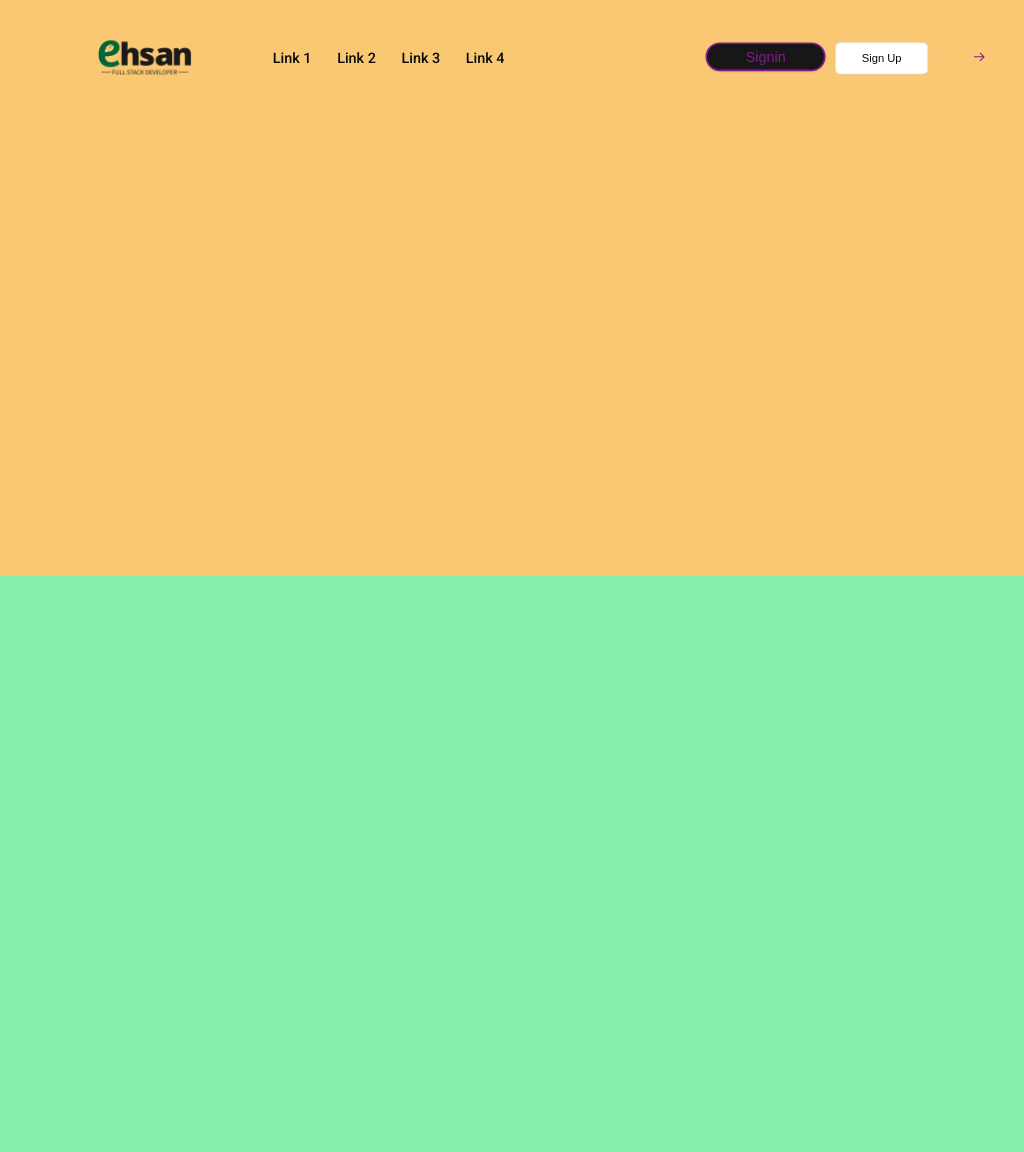
Repository: FrontendProjectsNL/mijn-portfolio-project
Page: /exercise
The author's editor kept a copy of each file at every save. The page is drawn from the files as they stood at one save, then again after the next save.
The browser window is 1280 px wide. The pictures show the whole page, at 80% of full size.
The project was rebuilt for these pictures with package versions that can differ from the ones it lists, and the page was loaded fresh each time. The framework's server and built-in components were replaced by stand-ins that run in the browser. Also part of the build but not shown: next.config.mjs.

Above is the page before, as saved 2024-10-25 12:59:32.

### app/layout.tsx
import type { Metadata } from 'next';
import localFont from 'next/font/local';

import { Roboto, Fira_Code, HelveticaNowDisplay } from 'next/font/google';

import './globals.css';

const geistSans = localFont({
  src: './fonts/GeistVF.woff',
  variable: '--font-geist-sans',
  weight: '100 900',
});
const geistMono = localFont({
  src: './fonts/GeistMonoVF.woff',
  variable: '--font-geist-mono',
  weight: '100 900',
});

const roboto = Roboto({
  subsets: ['latin'],
  weight: ['300', '400', '500', '700'],
  variable: '--font-roboto',
});

const firaCode = Fira_Code({
  subsets: ['latin'],
  weight: ['300', '400', '500', '700'],
  variable: '--font-fira-code',
});

export const metadata: Metadata = {
  title: 'Create Next App',
  description: 'Generated by create next app',
};

export default function RootLayout({
  children,
}: Readonly<{
  children: React.ReactNode;
}>) {
  return (
    <html lang="en">
      <body
        className={`${roboto.variable} ${firaCode.variable} ${geistSans.variable} ${geistMono.variable} antialiased`}
      >
        {children}
      </body>
    </html>
  );
}

### app/exercise/page.tsx
'use client';

import Image from 'next/image';
import Link from 'next/link';
import { useEffect, useState } from 'react';
import logo from '/public/EhsanLogo-transparent.png';
import { Button } from '@/components/ui/button';

interface PageProps {}

const Page: React.FC<PageProps> = () => {
  const [isShrunk, setIsShrunk] = useState<boolean>(false);

  useEffect(() => {
    const handleScroll = () => {
      if (window.scrollY > 70) {
        setIsShrunk(true);
      } else {
        setIsShrunk(false);
      }
    };

    window.addEventListener('scroll', handleScroll);

    return () => {
      window.removeEventListener('scroll', handleScroll);
    };
  }, []);

  return (
    // <div className="max-w-8xl w-full font-roboto mx-auto">
    <div className="">
      <nav
        className={`px-14 fixed transition-all duration-300 ease-linear bg-[#FAC872] flex justify-between items-center ${
          isShrunk
            ? 'h-[75px] w-[60%] rounded-3xl mx-auto top-5'
            : 'h-[90px] w-[90%] opacity-100 top-7'
        }`}
        style={{
          left: '50%',
          transform: 'translateX(-50%)', // Center horizontally
        }}
      >
        <div className="flex items-center ">
          <Link href={'/'} className="font-medium text-lg mr-20">
            <Image src={logo} width={125} height={50} />
          </Link>
          <ul className="flex">
            <li>
              <Link
                href=""
                className="px-4 py-2 cursor text-lg font-medium font-roboto"
              >
                Link 1
              </Link>
            </li>
            <li>
              <Link
                href=""
                className="px-4 py-2 cursor text-lg font-medium font-roboto"
              >
                Link 2
              </Link>
            </li>
            <li>
              <Link
                href=""
                className="px-4 py-2 cursor text-lg font-medium font-roboto"
              >
                Link 3
              </Link>
            </li>
            <li>
              <Link
                href=""
                className="px-4 py-2 cursor text-lg font-medium font-roboto"
              >
                Link 4
              </Link>
            </li>
          </ul>
        </div>
        <div className="flex gap-3">
          <Button className="group relativ  inline-flex items-center overflow-hidden rounded-full border-2 border-fuchsia-800 px-12 py-3 text-lg font-medium text-fuchsia-800 hover:bg-gray-50 hover:text-white">
            <span className="duration-400 ease absolute left-0 top-1/2 block h-0 w-full bg-fuchsia-800 opacity-100 transition-all group-hover:top-0 group-hover:h-full"></span>
            <span className="ease absolute right-0 flex h-10 w-10 translate-x-full transform items-center justify-start duration-500 group-hover:-translate-x-2">
              <svg
                className="h-5 w-5"
                fill="none"
                stroke="currentColor"
                viewBox="0 0 24 24"
                xmlns="http://www.w3.org/2000/svg"
              >
                <path
                  stroke-linecap="round"
                  stroke-linejoin="round"
                  stroke-width="2"
                  d="M14 5l7 7m0 0l-7 7m7-7H3"
                ></path>
              </svg>
            </span>
            <span className="relative transform duration-700 group-hover:-translate-x-3">
              Signin
            </span>
          </Button>

          <Button size={'lg'} variant={'outline'}>
            Sign Up
          </Button>
        </div>
      </nav>

      <section className="w-full h-screen bg-[#FAC872]"></section>
      <section className="w-full h-screen bg-green-300"></section>
    </div>
  );
};

export default Page;

### app/globals.css
@tailwind base;
@tailwind components;
@tailwind utilities;

body {
  font-family: Arial, Helvetica, sans-serif;
}

@layer utilities {
  .text-balance {
    text-wrap: balance;
  }
}

@layer base {
  :root {
    --background: 0 0% 100%;
    --foreground: 0 0% 3.9%;
    --card: 0 0% 100%;
    --card-foreground: 0 0% 3.9%;
    --popover: 0 0% 100%;
    --popover-foreground: 0 0% 3.9%;
    --primary: 0 0% 9%;
    --primary-foreground: 0 0% 98%;
    --secondary: 0 0% 96.1%;
    --secondary-foreground: 0 0% 9%;
    --muted: 0 0% 96.1%;
    --muted-foreground: 0 0% 45.1%;
    --accent: 0 0% 96.1%;
    --accent-foreground: 0 0% 9%;
    --destructive: 0 84.2% 60.2%;
    --destructive-foreground: 0 0% 98%;
    --border: 0 0% 89.8%;
    --input: 0 0% 89.8%;
    --ring: 0 0% 3.9%;
    --chart-1: 12 76% 61%;
    --chart-2: 173 58% 39%;
    --chart-3: 197 37% 24%;
    --chart-4: 43 74% 66%;
    --chart-5: 27 87% 67%;
    --radius: 0.5rem;
  }
  .dark {
    --background: 0 0% 3.9%;
    --foreground: 0 0% 98%;
    --card: 0 0% 3.9%;
    --card-foreground: 0 0% 98%;
    --popover: 0 0% 3.9%;
    --popover-foreground: 0 0% 98%;
    --primary: 0 0% 98%;
    --primary-foreground: 0 0% 9%;
    --secondary: 0 0% 14.9%;
    --secondary-foreground: 0 0% 98%;
    --muted: 0 0% 14.9%;
    --muted-foreground: 0 0% 63.9%;
    --accent: 0 0% 14.9%;
    --accent-foreground: 0 0% 98%;
    --destructive: 0 62.8% 30.6%;
    --destructive-foreground: 0 0% 98%;
    --border: 0 0% 14.9%;
    --input: 0 0% 14.9%;
    --ring: 0 0% 83.1%;
    --chart-1: 220 70% 50%;
    --chart-2: 160 60% 45%;
    --chart-3: 30 80% 55%;
    --chart-4: 280 65% 60%;
    --chart-5: 340 75% 55%;
  }
}

@layer base {
  * {
    @apply border-border;
  }
  body {
    @apply bg-background text-foreground;
  }
}

@keyframes fill-up {
  0% {
    background-position: 0 100%;
  }
  100% {
    background-position: 0 0;
  }
}

### components/ui/button.tsx
import * as React from "react"
import { Slot } from "@radix-ui/react-slot"
import { cva, type VariantProps } from "class-variance-authority"

import { cn } from "@/lib/utils"

const buttonVariants = cva(
  "inline-flex items-center justify-center gap-2 whitespace-nowrap rounded-md text-sm font-medium transition-colors focus-visible:outline-none focus-visible:ring-1 focus-visible:ring-ring disabled:pointer-events-none disabled:opacity-50 [&_svg]:pointer-events-none [&_svg]:size-4 [&_svg]:shrink-0",
  {
    variants: {
      variant: {
        default:
          "bg-primary text-primary-foreground shadow hover:bg-primary/90",
        destructive:
          "bg-destructive text-destructive-foreground shadow-sm hover:bg-destructive/90",
        outline:
          "border border-input bg-background shadow-sm hover:bg-accent hover:text-accent-foreground",
        secondary:
          "bg-secondary text-secondary-foreground shadow-sm hover:bg-secondary/80",
        ghost: "hover:bg-accent hover:text-accent-foreground",
        link: "text-primary underline-offset-4 hover:underline",
      },
      size: {
        default: "h-9 px-4 py-2",
        sm: "h-8 rounded-md px-3 text-xs",
        lg: "h-10 rounded-md px-8",
        icon: "h-9 w-9",
      },
    },
    defaultVariants: {
      variant: "default",
      size: "default",
    },
  }
)

export interface ButtonProps
  extends React.ButtonHTMLAttributes<HTMLButtonElement>,
    VariantProps<typeof buttonVariants> {
  asChild?: boolean
}

const Button = React.forwardRef<HTMLButtonElement, ButtonProps>(
  ({ className, variant, size, asChild = false, ...props }, ref) => {
    const Comp = asChild ? Slot : "button"
    return (
      <Comp
        className={cn(buttonVariants({ variant, size, className }))}
        ref={ref}
        {...props}
      />
    )
  }
)
Button.displayName = "Button"

export { Button, buttonVariants }

### tailwind.config.ts
import { Roboto } from 'next/font/google';
import type { Config } from 'tailwindcss';

const config: Config = {
  darkMode: ['class'],
  content: [
    './pages/**/*.{js,ts,jsx,tsx,mdx}',
    './components/**/*.{js,ts,jsx,tsx,mdx}',
    './app/**/*.{js,ts,jsx,tsx,mdx}',
  ],

  theme: {
    extend: {
      // You can define custom animations here
      // keyframes: {
      //   slideKeyframe: {
      //     '0%': { transform: 'translateX(0)' },
      //     '100%': { transform: 'translateX(100%)' },
      //   },
      // },
      // animation: {
      //   slideAnimation: 'slideKeyframe 0.5s ease-in-out',
      // },
      fontFamily: {
        roboto: ['var(--font-roboto)', 'sans-serif'],
        firaCode: ['var(--font-fira-code)', 'monospace'],
      },
      colors: {
        background: 'hsl(var(--background))',
        foreground: 'hsl(var(--foreground))',
        card: {
          DEFAULT: 'hsl(var(--card))',
          foreground: 'hsl(var(--card-foreground))',
        },
        popover: {
          DEFAULT: 'hsl(var(--popover))',
          foreground: 'hsl(var(--popover-foreground))',
        },
        primary: {
          DEFAULT: 'hsl(var(--primary))',
          foreground: 'hsl(var(--primary-foreground))',
        },
        secondary: {
          DEFAULT: 'hsl(var(--secondary))',
          foreground: 'hsl(var(--secondary-foreground))',
        },
        muted: {
          DEFAULT: 'hsl(var(--muted))',
          foreground: 'hsl(var(--muted-foreground))',
        },
        accent: {
          DEFAULT: 'hsl(var(--accent))',
          foreground: 'hsl(var(--accent-foreground))',
        },
        destructive: {
          DEFAULT: 'hsl(var(--destructive))',
          foreground: 'hsl(var(--destructive-foreground))',
        },
        border: 'hsl(var(--border))',
        input: 'hsl(var(--input))',
        ring: 'hsl(var(--ring))',
        chart: {
          '1': 'hsl(var(--chart-1))',
          '2': 'hsl(var(--chart-2))',
          '3': 'hsl(var(--chart-3))',
          '4': 'hsl(var(--chart-4))',
          '5': 'hsl(var(--chart-5))',
        },
      },
      borderRadius: {
        lg: 'var(--radius)',
        md: 'calc(var(--radius) - 2px)',
        sm: 'calc(var(--radius) - 4px)',
      },
    },
  },
  plugins: [require('tailwindcss-animate')],
};
export default config;

Loaded but not shown: lib/utils.ts (common file)

After the next save:
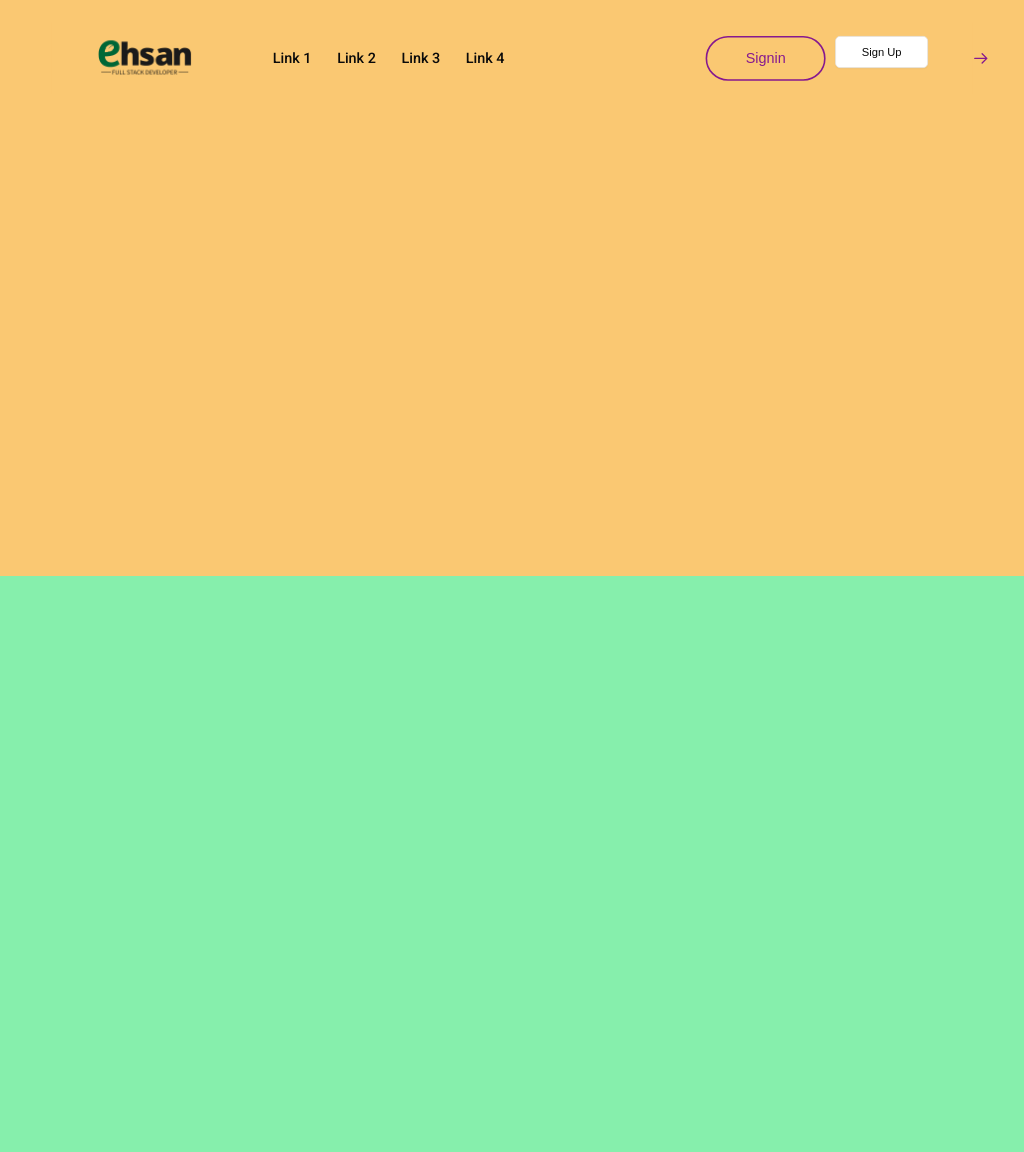
Saved 13 s later.
--- a/app/exercise/page.tsx
+++ b/app/exercise/page.tsx
@@ -81,7 +81,7 @@ const Page: React.FC<PageProps> = () => {
           </ul>
         </div>
         <div className="flex gap-3">
-          <Button className="group relativ  inline-flex items-center overflow-hidden rounded-full border-2 border-fuchsia-800 px-12 py-3 text-lg font-medium text-fuchsia-800 hover:bg-gray-50 hover:text-white">
+          <button className="group relativ  inline-flex items-center overflow-hidden rounded-full border-2 border-fuchsia-800 px-12 py-3 text-lg font-medium text-fuchsia-800 hover:bg-gray-50 hover:text-white">
             <span className="duration-400 ease absolute left-0 top-1/2 block h-0 w-full bg-fuchsia-800 opacity-100 transition-all group-hover:top-0 group-hover:h-full"></span>
             <span className="ease absolute right-0 flex h-10 w-10 translate-x-full transform items-center justify-start duration-500 group-hover:-translate-x-2">
               <svg
@@ -102,7 +102,7 @@ const Page: React.FC<PageProps> = () => {
             <span className="relative transform duration-700 group-hover:-translate-x-3">
               Signin
             </span>
-          </Button>
+          </button>
 
           <Button size={'lg'} variant={'outline'}>
             Sign Up
